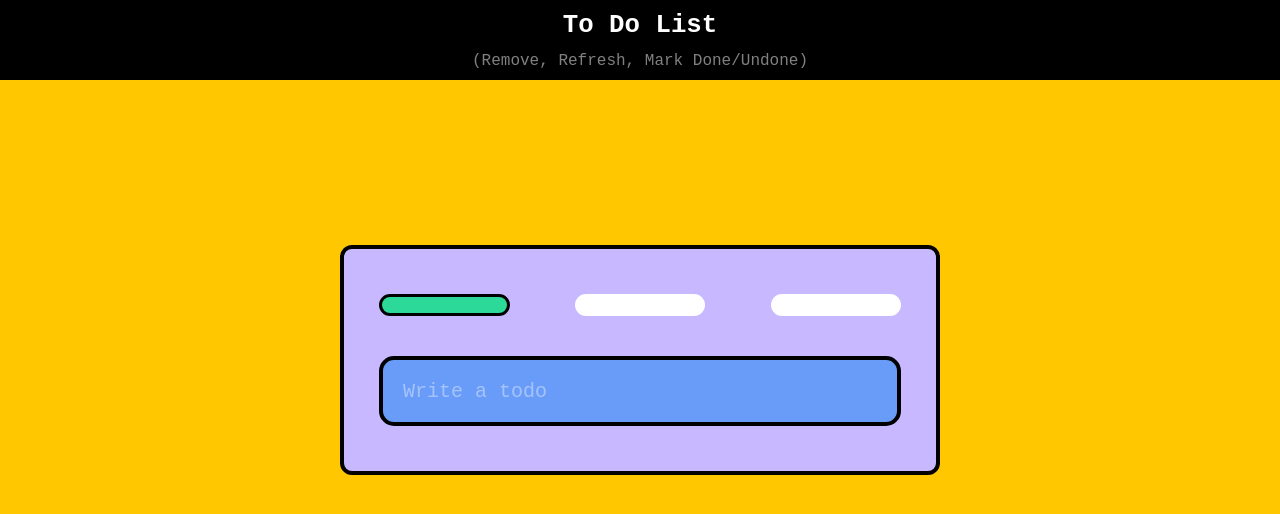
Repository: ThisIsSahaj/Js-Projects
Page: ToDoList/index.html
The author's editor kept a copy of each file at every save. The page is drawn from the files as they stood at one save, then again after the next save.
The browser window is 1280 px wide. The pictures show the whole page.

Above is the page before, as saved 2024-04-24 10:02:30.

After the next save:
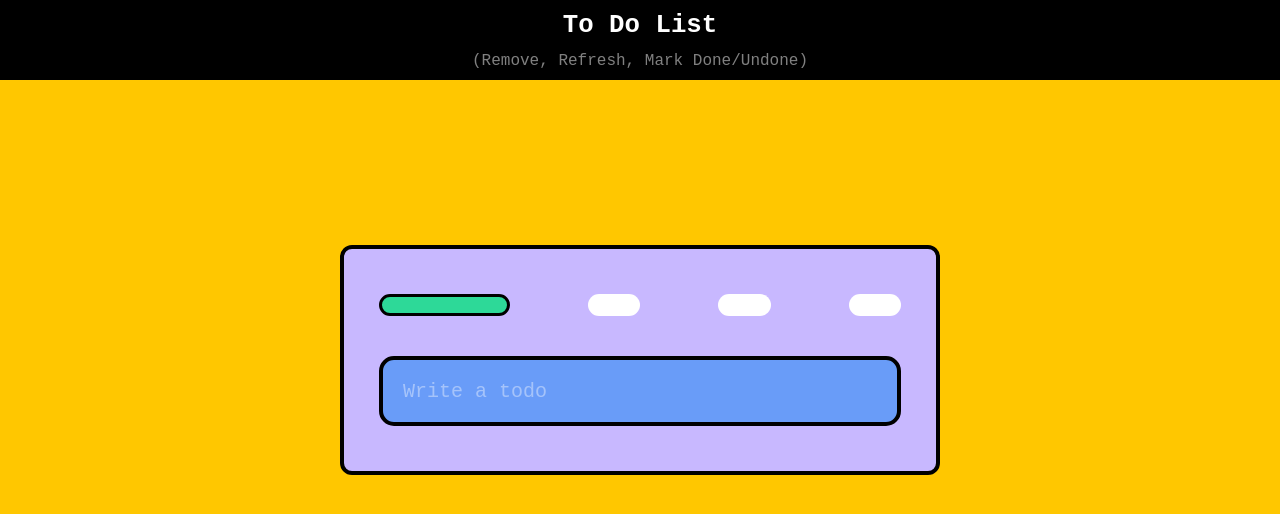
Saved 116 s later.
--- a/ToDoList/index.html
+++ b/ToDoList/index.html
@@ -19,8 +19,9 @@
         <div class="ui" style="display: flex; justify-content: space-between;">
 
             <span style=" background-color: #2DD998; border: 3px solid black;"></span>
-            <span style=" background-color: white; " ></span>
-            <span style=" background-color: white; " ></span>
+            <span style=" background-color: white; width: 10%;" ></span>
+            <span style=" background-color: white; width: 10%;" ></span>
+            <span style=" background-color: white; width: 10%;" ></span>
         </div>
             <input type="text" placeholder="Write a todo" >
             <ul class="todoBox">
